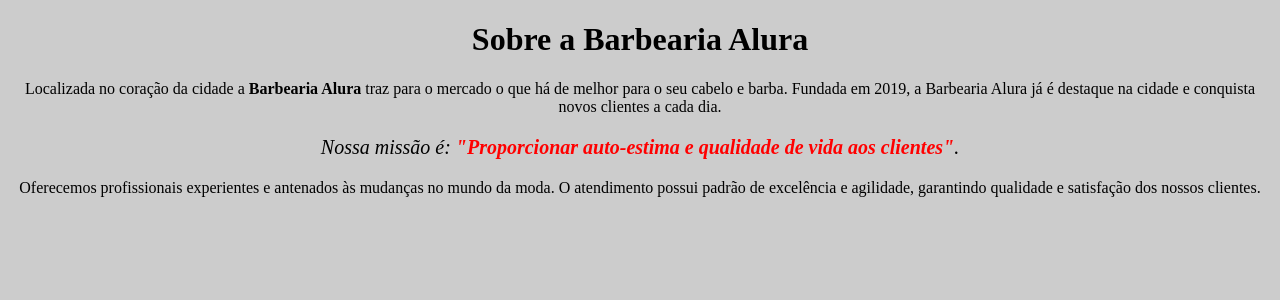
Repository: RenatoCCS/Barbearia_Alura
Page: index.html
An editor plug-in stored every save of this project. The page is shown before and after the next save, followed by the edit.
The browser window is 1280 px wide. The pictures show the whole page.

Above is the page before, as saved 2022-10-17 20:42:11.

After the next save:
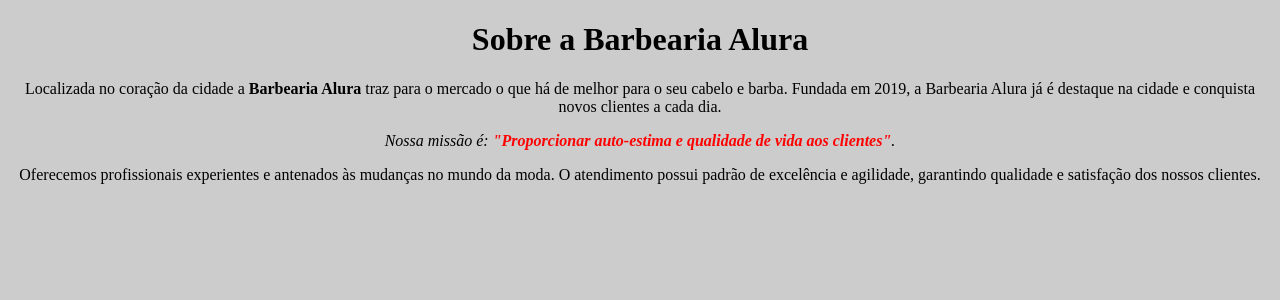
Saved 46 s later.
--- a/index.html
+++ b/index.html
@@ -17,7 +17,7 @@
       a cada dia.
     </p>
 
-    <p style="font-size: 20px; text-align: center">
+    <p>
       <em>
         Nossa missão é:
         <strong

After the 3 saves that followed:
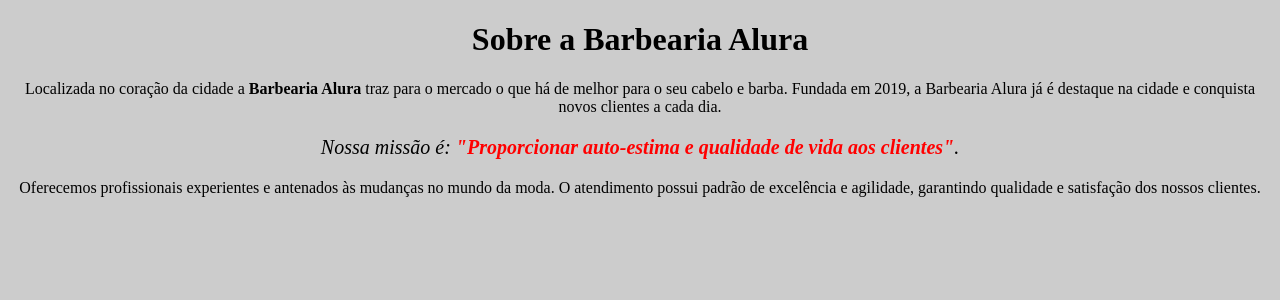
The 3 saves are shown as one change because 2 left the picture as it was.
The last was saved 98 s later.
--- a/index.html
+++ b/index.html
@@ -17,7 +17,7 @@
       a cada dia.
     </p>
 
-    <p>
+    <p id="missao">
       <em>
         Nossa missão é:
         <strong
--- a/style.css
+++ b/style.css
@@ -10,6 +10,10 @@ p {
   text-align: center;
 }
 
+#missao {
+  font-size: 20px;
+}
+
 em strong {
   color: #ff0000;
 }
